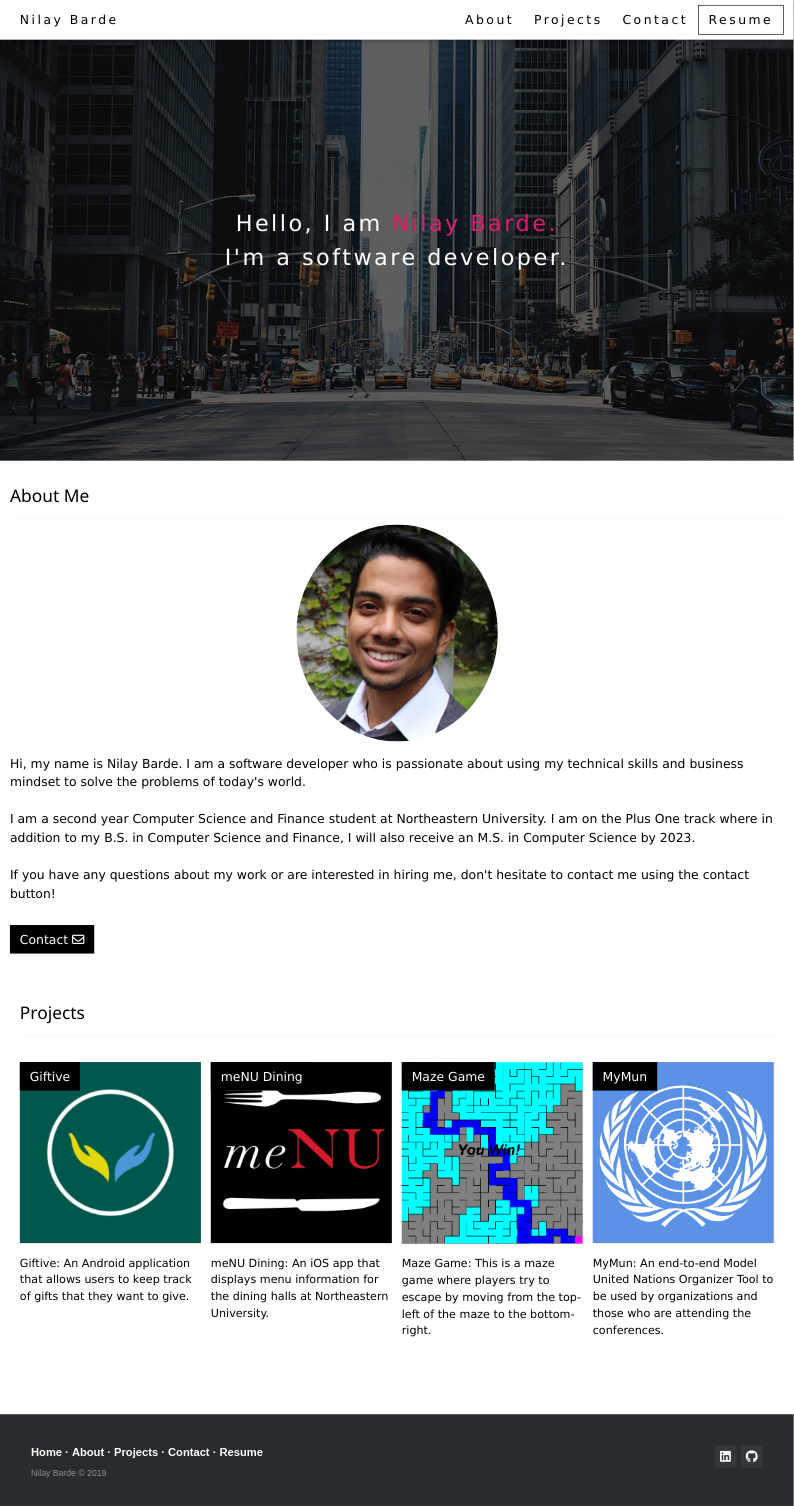
Repository: NilayBarde/Personal-Website
Page: index2.html
The author's editor kept a copy of each file at every save. The page is drawn from the files as they stood at one save, then again after the next save.
The browser window is 1280 px wide. The pictures show the whole page, at 62% of full size.
Some web libraries are served in a nearby version.

Above is the page before, as saved 2019-09-26 14:26:44.

After the next save:
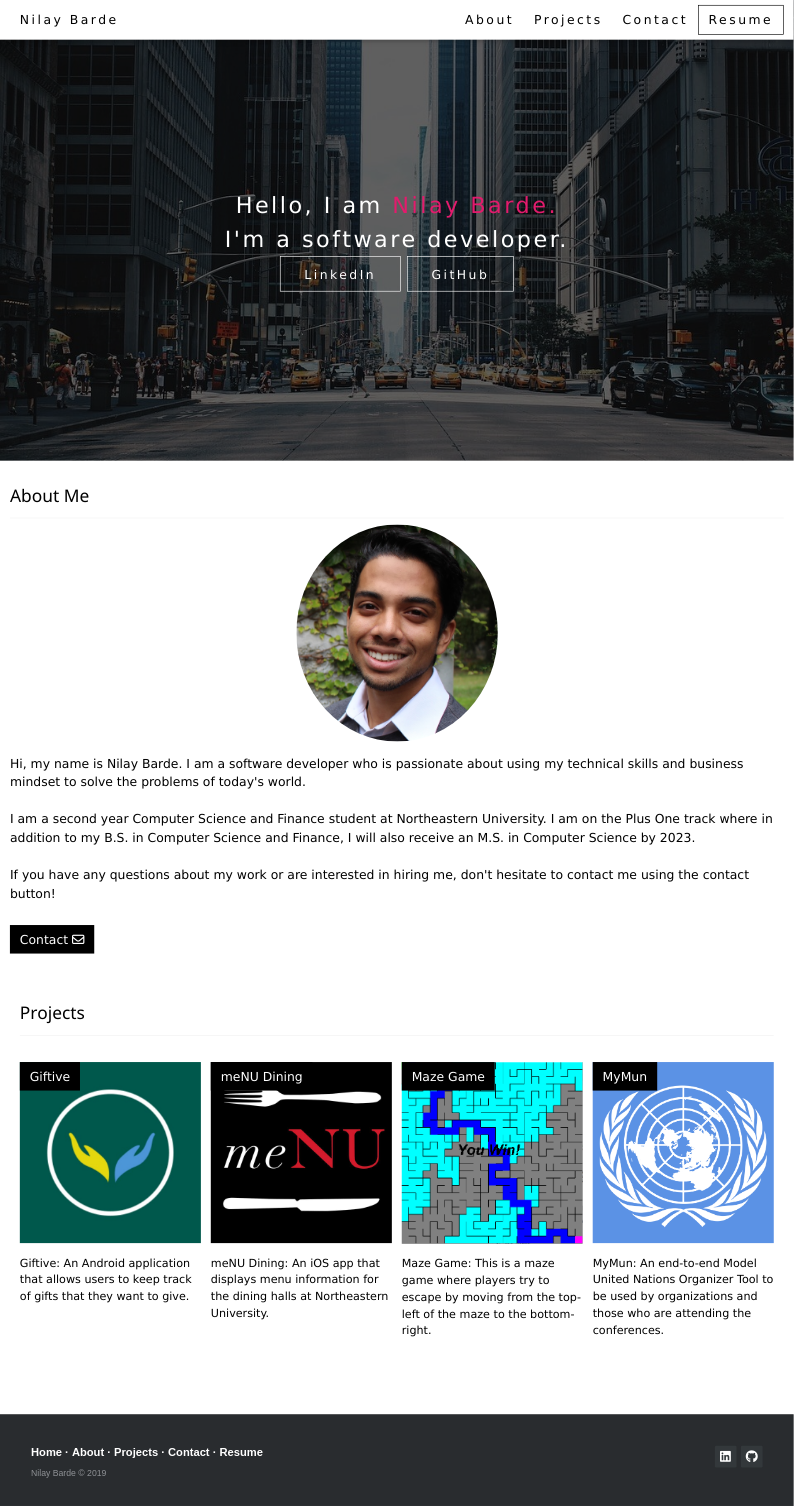
Saved 25 s later.
--- a/index2.html
+++ b/index2.html
@@ -52,6 +52,11 @@
                 <span class="hide-small">I'm a software developer.</span>
                 </span>
             </div>
+            <div class="buttoncontainer">
+                <a href="https://www.linkedin.com/in/nilaykbarde/" target="_blank" class="btn">LinkedIn</a>
+                <a href="https://github.com/NilayBarde" target="_blank" class="btn">GitHub</a>
+            </div>
+
     </header>
 
     <!-- Page content -->
